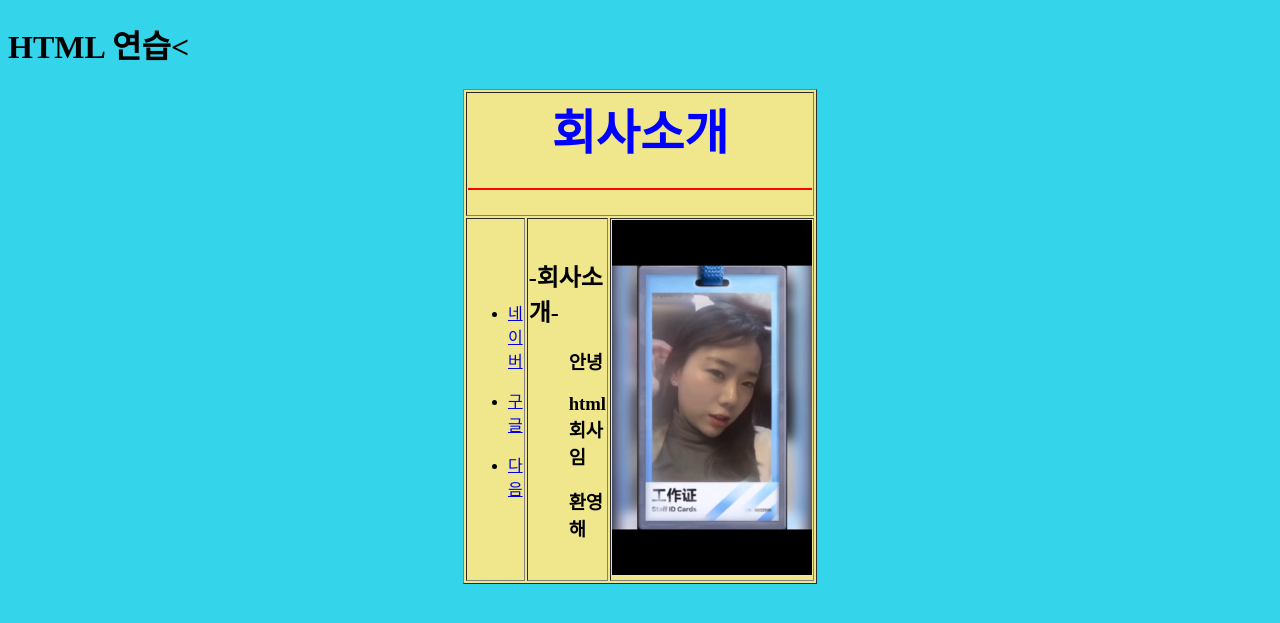
Repository: sika5382/jsp
Page: html/WebContent/NewFile2.html
An editor plug-in stored every save of this project. The page is shown before and after the next save, followed by the edit.
The browser window is 1280 px wide. The pictures show the whole page.

Above is the page before, as saved 2020-10-29 08:28:41.

After the next save:
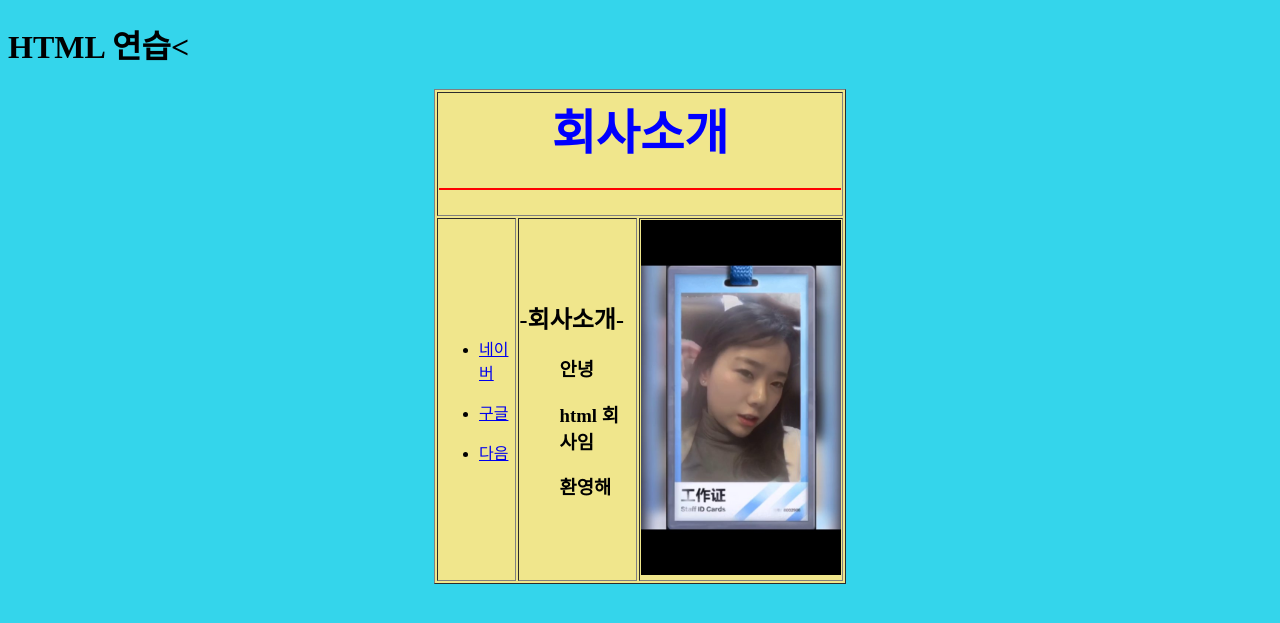
Saved 18 s later.
--- a/html/WebContent/NewFile2.html
+++ b/html/WebContent/NewFile2.html
@@ -14,7 +14,7 @@
 			<tr>
 				<th colspan="3">
 					<font size="7" color ="blue">회사소개
-					<hr color = "Red">
+					<hr color = "Red" width="400">
 				</th>
 
 			</tr>
